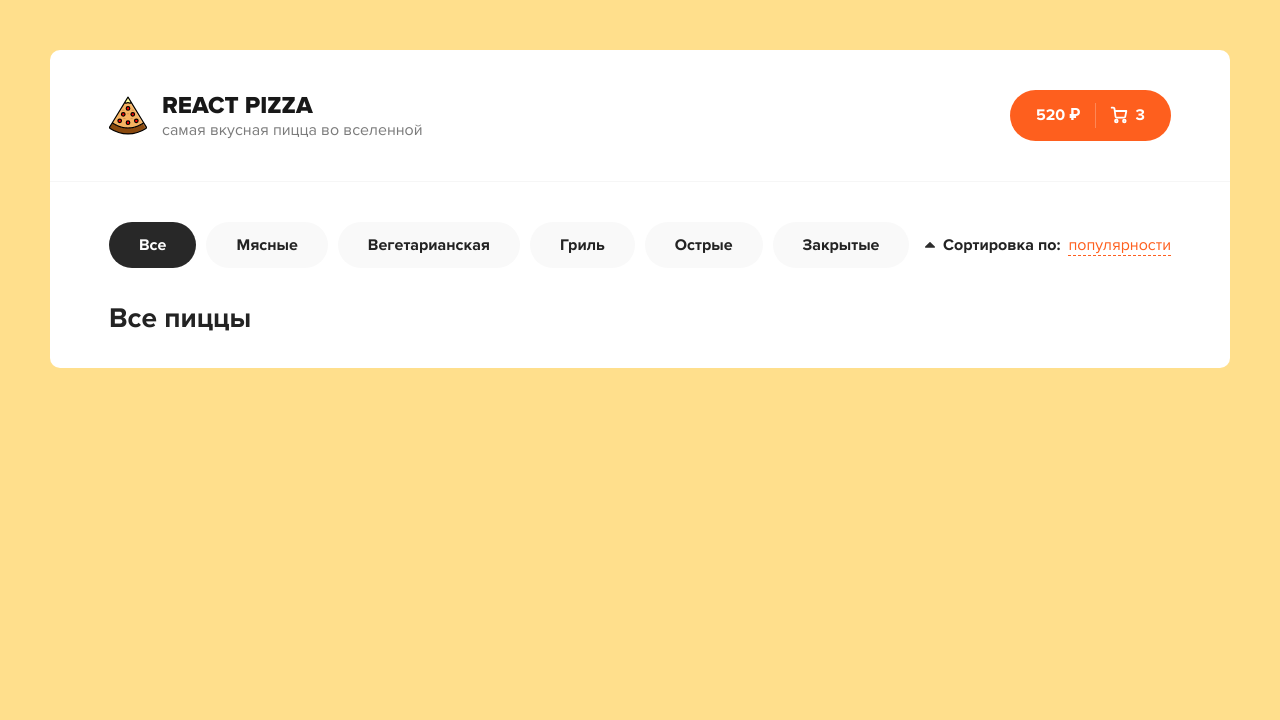
Repository: Danyil-man/online-pizzeria
Page: /
These files come from the project's save history. The page is drawn as it stood at one moment and after the next save; the edit follows.
The browser window is 1280 px wide. The pictures show the whole page.
Pictures or frames that could not be fetched are drawn as grey boxes. The page's requests for data from a server got no answer. The project was rebuilt for these pictures with package versions that can differ from the ones it lists, and the page was loaded fresh each time. No one was signed in, and anything a server would have sent is missing. Also part of the build but not shown: src/pages/cart/Cart.tsx.

Above is the page before, as saved 2022-02-04 13:18:42.

After the next save:
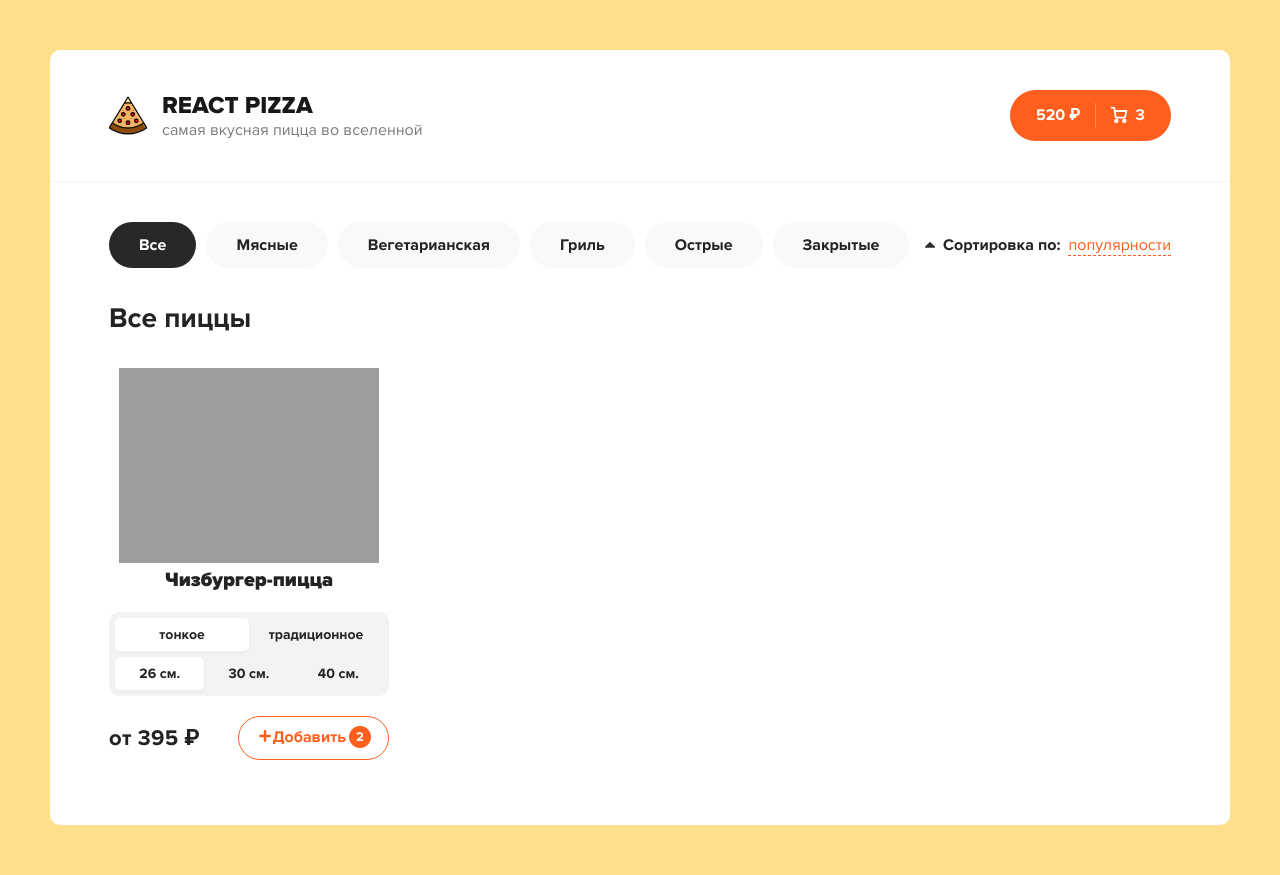
Saved 21 s later.
--- a/src/pages/home/Home.tsx
+++ b/src/pages/home/Home.tsx
@@ -1,6 +1,7 @@
 import axios from "axios";
 import React, { useEffect, useState } from "react";
 import Categories from "../../components/categories/Categories";
+import PizzaItem from "../../components/pizzaItem/PizzaItem";
 import Sort from "../../components/sortPopUp/Sort";
 
 const Home = () => {
@@ -21,7 +22,7 @@
             </div>
             <h2 className="content__title">Все пиццы</h2>
             <div className="content__items">
-
+                <PizzaItem />
             </div>
         </div>
     )

After the save that followed:
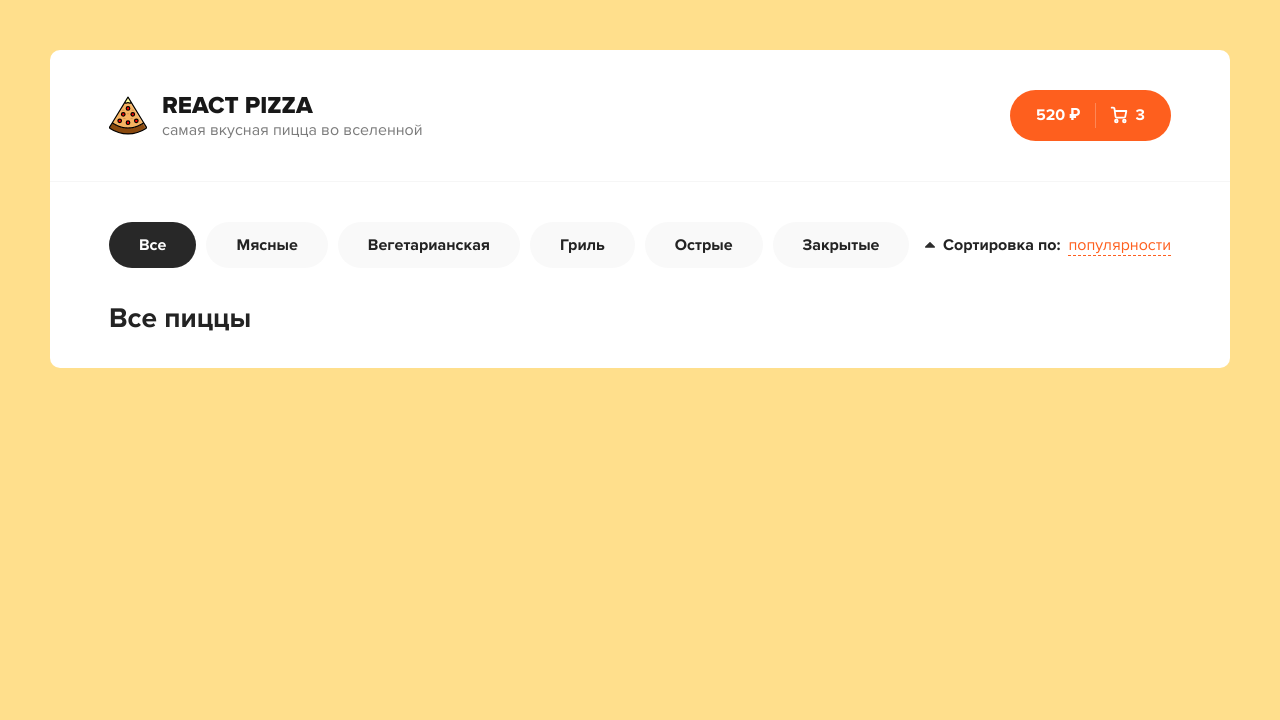
Saved 110 s later.
--- a/src/pages/home/Home.tsx
+++ b/src/pages/home/Home.tsx
@@ -22,7 +22,8 @@
             </div>
             <h2 className="content__title">Все пиццы</h2>
             <div className="content__items">
-                <PizzaItem />
+                {pizzaItems.map(pizza => <PizzaItem pizza={pizza} />)}
+
             </div>
         </div>
     )
